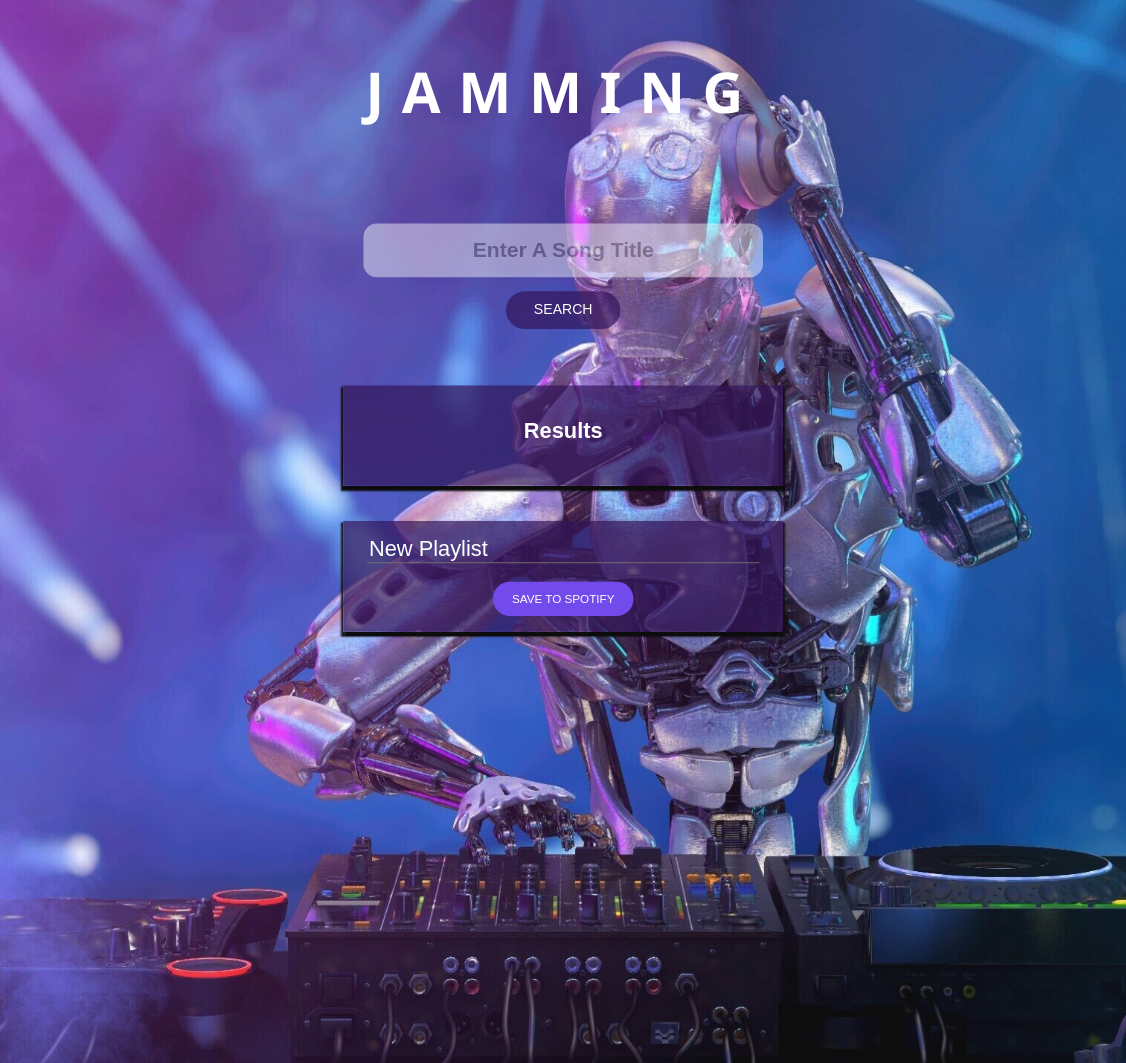
Repository: LolaSL/jamming
Page: /
The author's editor kept a copy of each file at every save. The page is drawn from the files as they stood at one save, then again after the next save.
The browser window is 1280 px wide. The pictures show the whole page, at 88% of full size.
The project was rebuilt for these pictures with package versions that can differ from the ones it lists, and the page was loaded fresh each time. Also part of the build but not shown: src/components/Track/Track.css, src/components/Track/Track.jsx.

Above is the page before, as saved 2023-06-23 17:47:47.

After the next save:
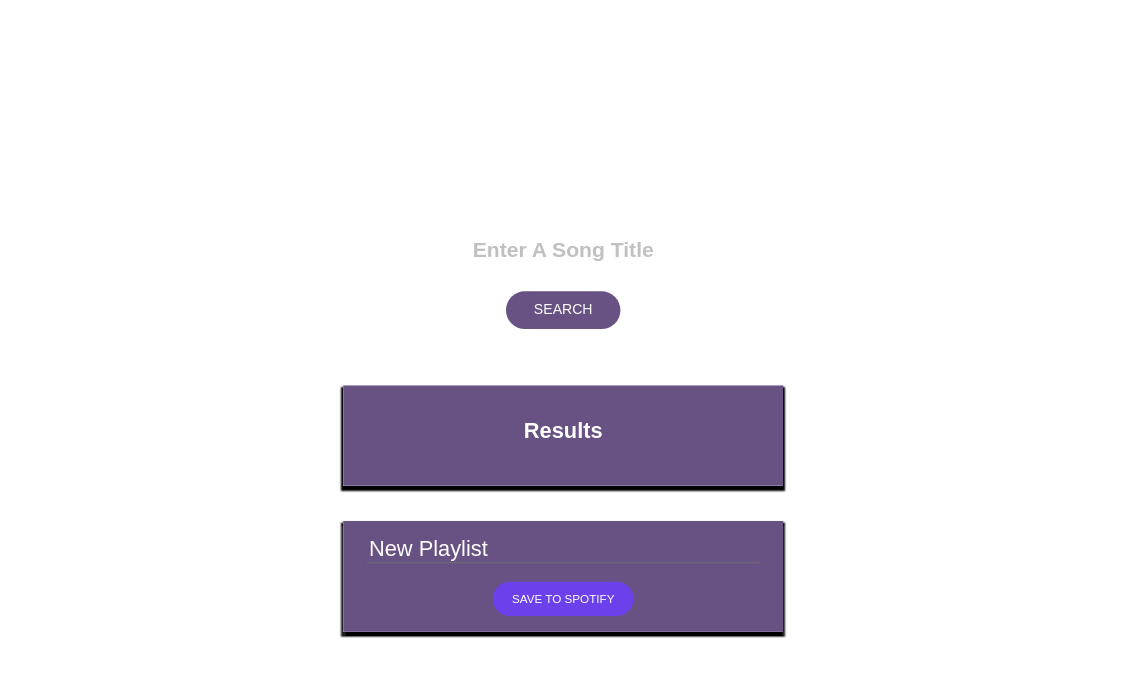
Saved 38 s later.
--- a/src/App/App.js
+++ b/src/App/App.js
@@ -41,7 +41,7 @@ const App = () => {
   }, [playlistName, playlistTracks]);
 
   return (
-    <div className="App" data-testid="app-test">
+    <div className="App-container" data-testid="app-test">
       <h1>
         Jamming
       </h1>

After the save that followed:
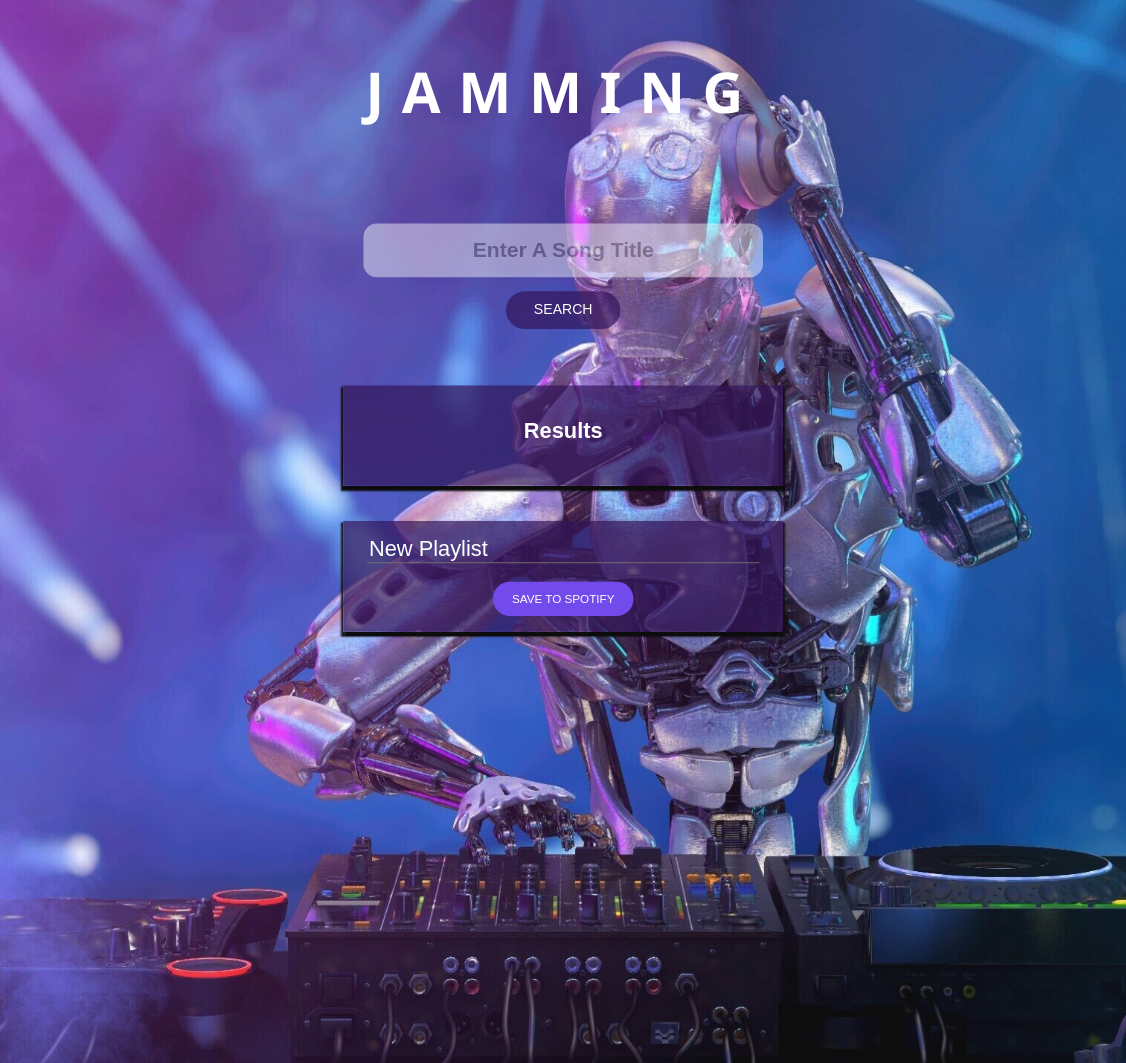
Saved 10 s later.
--- a/src/App/App.css
+++ b/src/App/App.css
@@ -5,7 +5,7 @@ html,
 
 }
 
-.App{
+.App-container{
   flex-wrap: wrap;
   height: 150%;
   padding: 0 17% 10% 17%;
